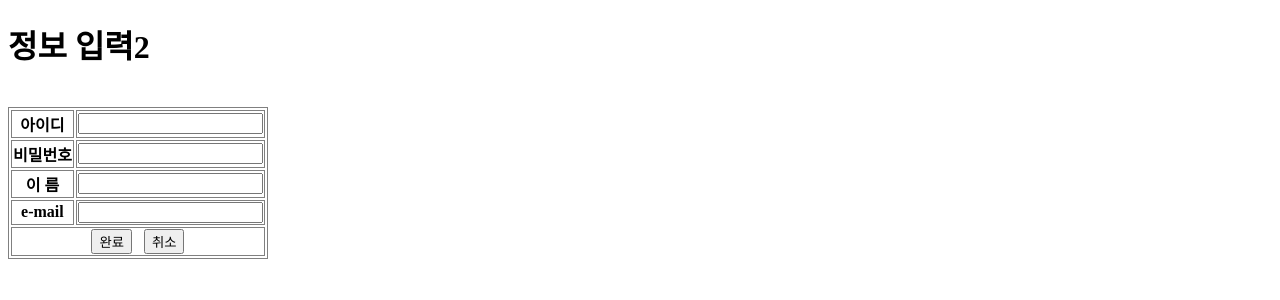
Repository: Jh1227/JSP
Page: http://localhost/12_EL/ex06_collection/memberForm5.jsp
These files come from the project's save history. The page is drawn as it stood at one moment and after the next save; the edit follows.
The browser window is 1280 px wide. The pictures show the whole page.
The page is served by Tomcat 9.

Above is the page before, as saved 2023-04-10 01:50:20.

After the next save:
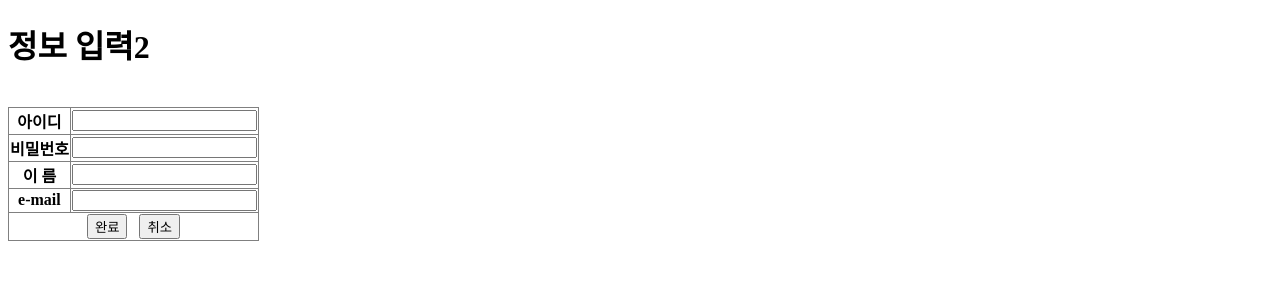
Saved 63 s later.
--- a/12_EL/src/main/webapp/ex06_collection/memberForm5.jsp
+++ b/12_EL/src/main/webapp/ex06_collection/memberForm5.jsp
@@ -9,7 +9,7 @@
 <meta charset="UTF-8">
 <title>memberForm2.jsp</title>
 <style type="text/css">
-table, th, td { border: 1px solid gray; }
+table, th, td { border: 1px solid gray; border-collapse: collapse; }
 </style>
 </head>
 <body>
